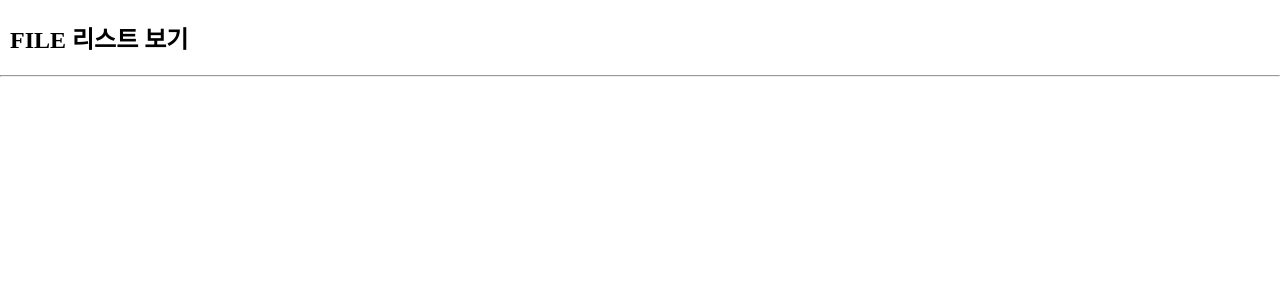
Repository: hyunh84/jsp_study
Page: http://localhost/Day07/j06_file05.jsp
The author's editor kept a copy of each file at every save. The page is drawn from the files as they stood at one save, then again after the next save.
The browser window is 1280 px wide. The pictures show the whole page.
The page is served by Tomcat 9. Other server files are loaded and not shown. Queries for data that is not in the repository find no rows.

Above is the page before, as saved 2015-10-11 02:03:59.

### MyWorks/Day07/WebContent/j06_file05.jsp
<%@ page language="java" contentType="text/html; charset=utf-8"
    pageEncoding="utf-8"%>
<%@ page import="java.sql.*" %>
<%@ page import="java.util.ArrayList"%>
<%@ page import="dto.FileDto"%>
<!DOCTYPE html>
<html>
<head>
<meta charset="utf-8">
<title>Insert title here</title>
<style type="text/css">
	* {margin:0; padding:0;}
	a {color:#555; text-decoration:none;}
	a:hover {color:blue; text-decoration:underline;}
	h2 {padding:20px 10px;}
	table {border-collapse:collapse; }
	table th {padding:5px; border:1px solid #777;}
	table td {padding:5px; border:1px solid #777;}
</style>
</head>
<body>
	<h2>FILE 리스트 보기</h2>
	<hr />

	<%
		ArrayList<FileDto> listc = new ArrayList();

		try{
			//#1. Driver Load
			Class.forName("oracle.jdbc.driver.OracleDriver");
			System.out.println("1. Driver Load Comp");
			//#2. DB Connection
			String url = "jdbc:oracle:thin:192.168.33.121:1521:xe";
			String user = "para";
			String password = "para";
			Connection conn = DriverManager.getConnection(url, user, password);



			//#3. SQL(select) && executeQuery
			String sql = "select * from fileinfo order by num desc";
			PreparedStatement ps = conn.prepareStatement(sql);

			ResultSet rs = ps.executeQuery();

			while(rs.next()) {
				FileDto dto = new FileDto();

				dto.setNum(rs.getInt("num"));
				dto.setTitle(rs.getString("title"));
				dto.setOrgname(rs.getString("orgname"));
				dto.setAddr(rs.getNString("addr"));
				dto.setLink(rs.getString("link"));
				dto.setRegDate(rs.getDate("regdate"));


			}

			rs.close();
			ps.close();
			conn.close();

		}catch(Exception e){e.printStackTrace();}




	%>

	<form action="" >


	</form>



</body>
</html>

After the next save:
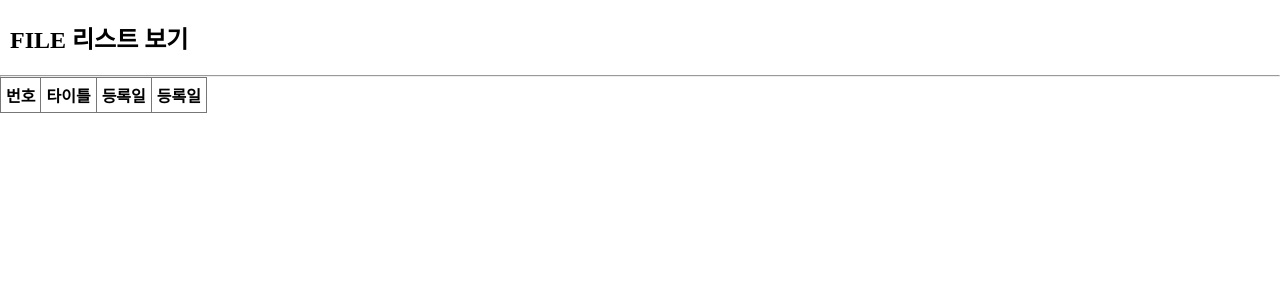
Saved 35 s later.
--- a/MyWorks/Day07/WebContent/j06_file05.jsp
+++ b/MyWorks/Day07/WebContent/j06_file05.jsp
@@ -68,7 +68,14 @@
 	%>
 
 	<form action="" >
-
+		<table>
+			<tr>
+				<th>번호</th>
+				<th>타이틀</th>
+				<th>등록일</th>
+				<th>등록일</th>
+			</tr>
+		</table>
 
 	</form>
 
